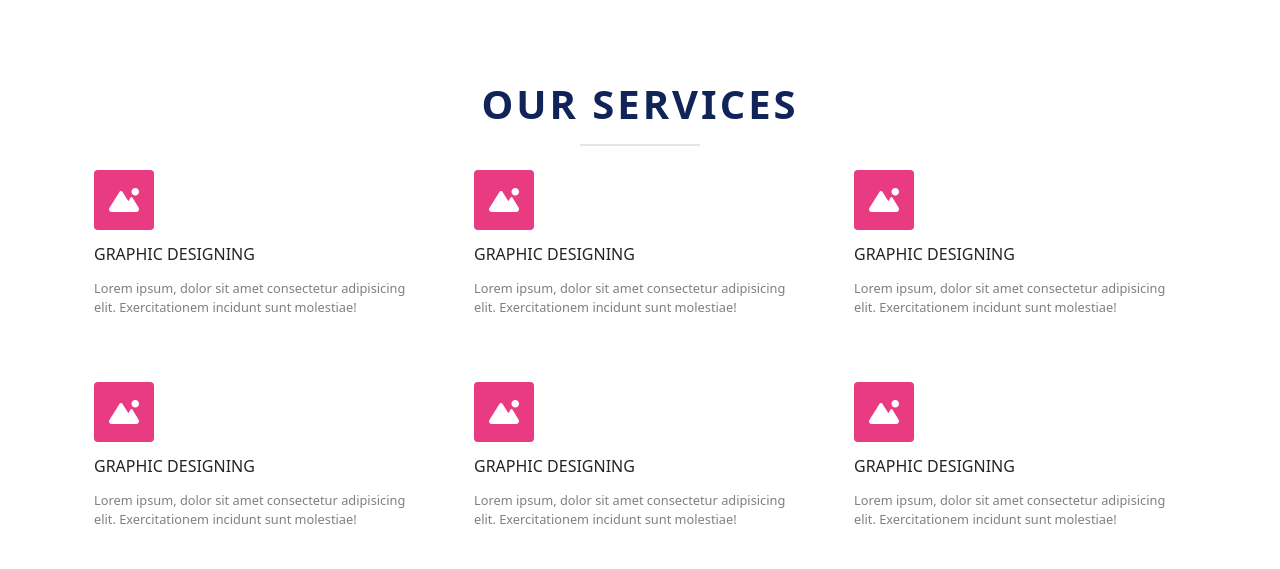
Repository: lhggiang/CaseStudy
Page: index.html
The author's editor kept a copy of each file at every save. The page is drawn from the files as they stood at one save, then again after the next save.
The browser window is 1280 px wide. The pictures show the part of the page from y = 778 to 1397 px (the page is 1347 px tall before and 1397 px after).
Backgrounds fixed to the window are drawn as part of the page. Some web libraries are served in a nearby version. The style sheet was rebuilt from its Sass, Less or Tailwind sources for each picture, by a compiler version that may differ from the author's.

Above is the page before, as saved 2023-02-22 15:18:36.

### index.html
<!DOCTYPE html>
<html lang="en">

<head>
    <meta charset="UTF-8">
    <meta http-equiv="X-UA-Compatible" content="IE=edge">
    <meta name="viewport" content="width=device-width, initial-scale=1.0">
    <title>Document</title>
    <link rel="stylesheet" href="./style.css">
    <!-- git remote add origin https://github.com/lhggiang/CaseStudy.git -->
    <link href="https://cdn.jsdelivr.net/npm/bootstrap@5.3.0-alpha1/dist/css/bootstrap.min.css" rel="stylesheet"
        integrity="sha384-GLhlTQ8iRABdZLl6O3oVMWSktQOp6b7In1Zl3/Jr59b6EGGoI1aFkw7cmDA6j6gD" crossorigin="anonymous">
    <link rel="stylesheet" href="https://cdnjs.cloudflare.com/ajax/libs/font-awesome/6.3.0/css/all.min.css">
    <link rel="stylesheet" href="./assets/css/style.css">
</head>

<body>
    <!-- Navbar -->
    <nav class="navbar navbar-expand-lg bg-white">
        <div class="container">
            <a class="navbar-brand" href="#">HG.Travel</a>
            <button class="navbar-toggler" type="button" data-bs-toggle="collapse" data-bs-target="#navbarNav"
                aria-controls="navbarNav" aria-expanded="false" aria-label="Toggle navigation">
                <span class="navbar-toggler-icon"></span>
            </button>
            <div class="collapse navbar-collapse" id="navbarNav">
                <ul class="navbar-nav ms-auto">
                    <li class="nav-item">
                        <a class="nav-link active" aria-current="page" href="#">HOME</a>
                    </li>
                    <li class="nav-item">
                        <a class="nav-link" href="#">SERVICES</a>
                    </li>
                    <li class="nav-item">
                        <a class="nav-link" href="#">PORTFOLIO</a>
                    </li>
                    <li class="nav-item">
                        <a class="nav-link" href="#">FEATURES</a>
                    </li>
                    <li class="nav-item">
                        <a class="nav-link" href="#">TEAM</a>
                    </li>
                    <li class="nav-item">
                        <a class="nav-link" href="#">TESTIMONIALS</a>
                    </li>
                    <li class="nav-item">
                        <a class="nav-link" href="#">CONTACT</a>
                    </li>
                </ul>
            </div>
        </div>
    </nav>
    <!-- Hero -->
    <div class="hero">
        <div class="container text-center">
            <div class="row justify-content-center">
                <div class="col-md-10">
                    <h1 class="text-white display-3">WE ARE CREATIVE AGENCY, CREATIVE PEOPLE</h1>
                    <p class="text-white">Lorem ipsum dolor sit amet consectetur, adipisicing elit. Expedita, soluta
                        fugit
                        voluptatibus veritatis voluptas dolores eligendi ducimus enim blanditiis cupiditate.</p>
                    <a href="#" class="btn btn-danger">Contact</a>
                </div>
            </div>
        </div>
    </div>
    <!-- Services -->
    <div class="services">
        <div class="container">
            <div class="row">
                <div class="col-12 services__intro">
                    <h1>Our Services</h1>
                    <div class="services__line"></div>
                </div>
            </div>
            <div class="row services__components">
                <div class="col-lg-4 col-sm-6 p-4">
                    <div class="services__icon">
                        <i class="fa-solid fa-mountain-sun"></i>
                    </div>
                    <h4 class="services__title">GRAPHIC DESIGNING</h4>
                    <p class="services__content">Lorem ipsum, dolor sit amet consectetur adipisicing elit.
                        Exercitationem incidunt sunt molestiae!
                    </p>
                </div>
                <div class="col-lg-4 col-sm-6 p-4">
                    <div class="services__icon">
                        <i class="fa-solid fa-mountain-sun"></i>
                    </div>
                    <h4 class="services__title">GRAPHIC DESIGNING</h4>
                    <p class="services__content">Lorem ipsum, dolor sit amet consectetur adipisicing elit.
                        Exercitationem incidunt sunt molestiae!
                    </p>
                </div>
                <div class="col-lg-4 col-sm-6 p-4">
                    <div class="services__icon">
                        <i class="fa-solid fa-mountain-sun"></i>
                    </div>
                    <h4 class="services__title">GRAPHIC DESIGNING</h4>
                    <p class="services__content">Lorem ipsum, dolor sit amet consectetur adipisicing elit.
                        Exercitationem incidunt sunt molestiae!
                    </p>
                </div>
                <div class="col-lg-4 col-sm-6 p-4">
                    <div class="services__icon">
                        <i class="fa-solid fa-mountain-sun"></i>
                    </div>
                    <h4 class="services__title">GRAPHIC DESIGNING</h4>
                    <p class="services__content">Lorem ipsum, dolor sit amet consectetur adipisicing elit.
                        Exercitationem incidunt sunt molestiae!
                    </p>
                </div>
                <div class="col-lg-4 col-sm-6 p-4">
                    <div class="services__icon">
                        <i class="fa-solid fa-mountain-sun"></i>
                    </div>
                    <h4 class="services__title">GRAPHIC DESIGNING</h4>
                    <p class="services__content">Lorem ipsum, dolor sit amet consectetur adipisicing elit.
                        Exercitationem incidunt sunt molestiae!
                    </p>
                </div>
                <div class="col-lg-4 col-sm-6 p-4">
                    <div class="services__icon">
                        <i class="fa-solid fa-mountain-sun"></i>
                    </div>
                    <h4 class="services__title">GRAPHIC DESIGNING</h4>
                    <p class="services__content">Lorem ipsum, dolor sit amet consectetur adipisicing elit.
                        Exercitationem incidunt sunt molestiae!
                    </p>
                </div>
            </div>
        </div>
    </div>
</body>
<script src="https://cdn.jsdelivr.net/npm/bootstrap@5.3.0-alpha1/dist/js/bootstrap.bundle.min.js"
    integrity="sha384-w76AqPfDkMBDXo30jS1Sgez6pr3x5MlQ1ZAGC+nuZB+EYdgRZgiwxhTBTkF7CXvN"
    crossorigin="anonymous"></script>

</html>

### style.scss
* {
  box-sizing: border-box;
}

body {
  font-size: 62.5%;
}

$font-size: 0.9rem;
$color-pink: #e93b81;
$font-weight: 500;

// Navbar
.navbar {
  border-bottom: 2px solid rgba(0, 0, 0, 0.1);
  .navbar-brand {
    font-weight: $font-weight;
    color: #11245a;
  }
  .nav-link {
    font-size: $font-size;
    font-weight: $font-weight;
    letter-spacing: 0.05rem;
    &.active {
      color: $color-pink;
    }
  }
}

//Hero
.hero {
  background-image: linear-gradient(
      to right,
      rgb(67, 67, 67, 0.8) 0%,
      rgb(0, 0, 0, 0.8) 100%
    ),
    url("https://images.unsplash.com/photo-1539635278303-d4002c07eae3?ixlib=rb-4.0.3&ixid=MnwxMjA3fDB8MHxwaG90by1wYWdlfHx8fGVufDB8fHx8&auto=format&fit=crop&w=1170&q=80");
  min-height: 100vh;
  background-size: cover;
  background-position: center;
  background-attachment: fixed;
  display: flex;
  align-items: center;

  h1 {
    font-weight: $font-weight;
  }

  p {
    font-size: $font-size;
    max-width: 30rem;
    margin: 20px auto;
  }

  .btn {
    font-weight: $font-weight;
    font-size: $font-size;
    padding: 8px 22px;
    border-radius: 0;
  }
}

//Services
.services {
  &__intro {
    text-align: center;
    margin-top: 80px;
    h1 {
      color: #11245a;
      text-transform: uppercase;
      font-weight: 600;
      letter-spacing: 3px;
    }
    .services__line {
      width: 120px;
      height: 2px;
      background-color: rgba(0, 0, 0, 0.1);
      margin: 16px auto 0 auto;
    }
  }
  &__icon {
    width: 60px;
    height: 60px;
    background-color: $color-pink;
    color: #fff;
    border-radius: 4px;
    display: flex;
    align-items: center;
    justify-content: center;
    font-size: 1.5rem;
    flex: none;
  }
  &__title {
    font-size: 1rem;
    margin: 15px 0;
  }
  &__content {
    font-size: 0.8rem;
    color: rgba(0, 0, 0, 0.5);
  }
  // &__components {
  //   margin-top: 50px;
  // }
}

After the next save:
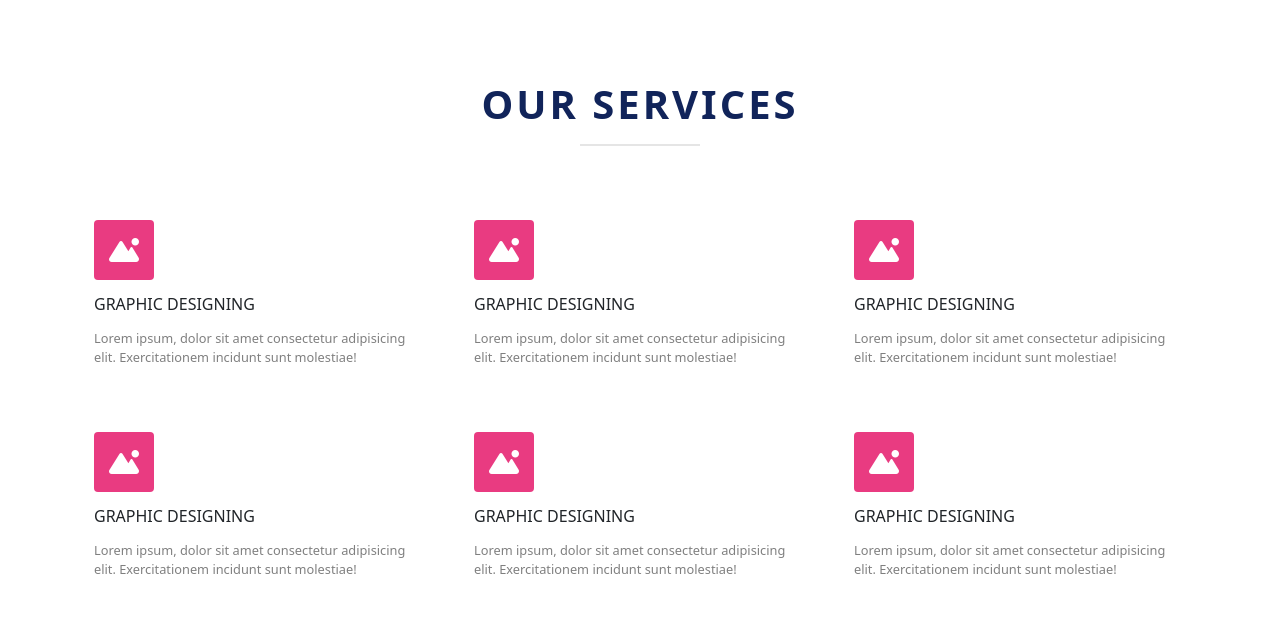
Saved 6 s later.
--- a/style.scss
+++ b/style.scss
@@ -98,7 +98,7 @@
     font-size: 0.8rem;
     color: rgba(0, 0, 0, 0.5);
   }
-  // &__components {
-  //   margin-top: 50px;
-  // }
+  &__components {
+    margin-top: 50px;
+  }
 }
